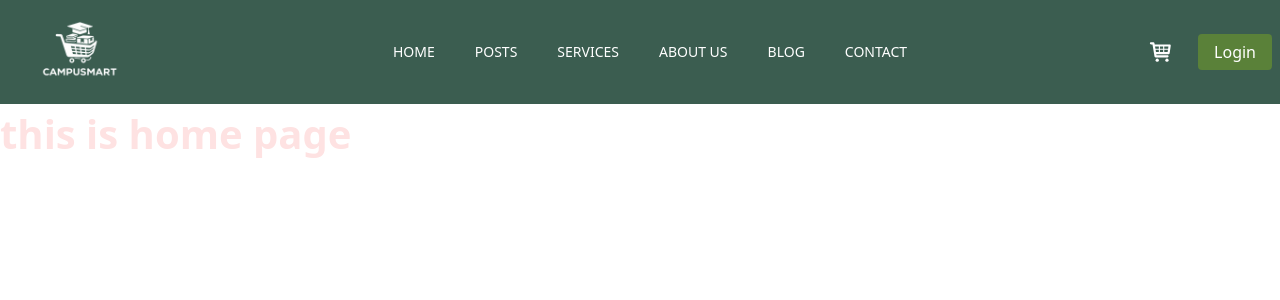
Repository: jahidhasanri/CAMPUSMART
Page: /
These files come from the project's save history. The page is drawn as it stood at one moment and after the next save; the edit follows.
The browser window is 1280 px wide. The pictures show the whole page.
The project was rebuilt for these pictures with package versions that can differ from the ones it lists, and the page was loaded fresh each time. Also part of the build but not shown: vite.config.js.

Above is the page before, as saved 2026-01-12 21:59:07.

### index.html
<!doctype html>
<html lang="en">
  <head>
    <meta charset="UTF-8" />
    <link rel="icon" type="image/svg+xml" href="/vite.svg" />
    <meta name="viewport" content="width=device-width, initial-scale=1.0" />
    <title>campusmart</title>
  </head>
  <body>
    <div id="root"></div>
    <script type="module" src="/src/main.jsx"></script>
  </body>
</html>

### src/main.jsx
import { StrictMode } from 'react'
import { createRoot } from 'react-dom/client'
import './index.css'
import { RouterProvider } from 'react-router-dom'
import Router from './router/Router.jsx'


createRoot(document.getElementById('root')).render(
  <StrictMode>
    <RouterProvider router={Router} />
  </StrictMode>,
)

### src/router/Router.jsx
import { createBrowserRouter } from "react-router-dom";
import Home from "../Pages/Home.jsx";
import Main from "../components/Main.jsx";


const Router = createBrowserRouter([
  {
    path: "/",
    element: <Main></Main>,
    children:[
        {
            index:true,
            element:<Home></Home>
        }
    ]
  },
]);

export default Router;

### src/Pages/Home.jsx
import React from 'react';

const Home = () => {
    return (
        <div>
            <h1 className='text-[40px] font-bold text-red-100'>this is home page</h1>
        </div>
    );
};

export default Home;

### src/components/Main.jsx
import React from 'react';
import { Outlet } from 'react-router-dom';
import Navbar from './Navbar';

const Main = () => {
    return (
        <div className=''>
            <Navbar></Navbar>
            <div className="min-h-[calc(100vh-422px)]">

            <Outlet></Outlet>
            </div>
            {/* <Footer></Footer> */}
        </div>
    );
};

export default Main;

### src/components/Navbar.jsx

import { useState } from "react";
import { Link } from "react-router-dom";
import { TiShoppingCart } from "react-icons/ti";
import { HiMenuAlt3, HiX } from "react-icons/hi";

const Navbar = () => {
  const [menuOpen, setMenuOpen] = useState(false);

  const navLinks = [
    { name: "HOME", path: "/" },
    { name: "POSTS", path: "/products" },
    { name: "SERVICES", path: "/services" },
    { name: "ABOUT US", path: "/about" },
    { name: "BLOG", path: "/blog" },
    { name: "CONTACT", path: "/contact" },
  ];

  return (
    <header className="bg-[#3b5d50] text-white">
      <div className="max-w-[1300px]  mx-auto px-2 py-5">
        <div className="flex items-center justify-between h-16">

          {/* Logo */}
         <Link href={'/'}>
          <img src="/images/campu_logo-removebg-preview.png" className="w-36 h-24" alt="Green Nest Logo" />
         </Link>

          {/* Desktop Menu (lg only) */}
          <ul className="hidden lg:flex gap-10 font-normal text-sm">
            {navLinks.map((link) => {
              return (
                <li key={link.path}>
                  <Link
                    href={link.path}
                    className={`pb-1 transition-all duration-300`}
                  >
                    {link.name}
                  </Link>
                </li>
              );
            })}
          </ul>

          {/* Cart + Login (md and up) */}
          <Link href={'/login'} className="hidden md:flex items-center gap-6">
            <TiShoppingCart
              size={26}
              className="cursor-pointer hover:text-[#5a8139]"
            />
            <button className="bg-[#5a8139] hover:bg-[#5b8139d7] px-4 py-1.5 cursor-pointer rounded">
              Login
            </button>
          </Link>

          {/* Hamburger (md & sm only) */}
          <div className="lg:hidden">
            <button onClick={() => setMenuOpen(!menuOpen)}>
              {menuOpen ? <HiX size={28} /> : <HiMenuAlt3 size={28} />}
            </button>
          </div>
        </div>

        {/* Mobile + Tablet Menu */}
        {menuOpen && (
          <div className="lg:hidden mt-4">
            <ul className="flex flex-col gap-4 font-medium">
              {navLinks.map((link) => {
                return (
                  <li key={link.path}>
                    <Link
                      href={link.path}
                      onClick={() => setMenuOpen(false)}
                      className={`block pb-1`}
                    >
                      {link.name}
                    </Link>
                  </li>
                );
              })}
            </ul>

                <Link href={'/login'} className=" md:hidden items-center gap-6">
            <TiShoppingCart
              size={26}
              className="cursor-pointer mb-5 mt-5 hover:text-[#5a8139]"
            />
            <button className="bg-[#5a8139] mb-5 hover:bg-[#5b8139d7] px-4 py-1.5 cursor-pointer rounded">
              Login
            </button>
          </Link>

          </div>
        )}
      </div>
    </header>
  );
};

export default Navbar;

Loaded but not shown: src/index.css (common file); tailwind.config.js (common file)

After the next save:
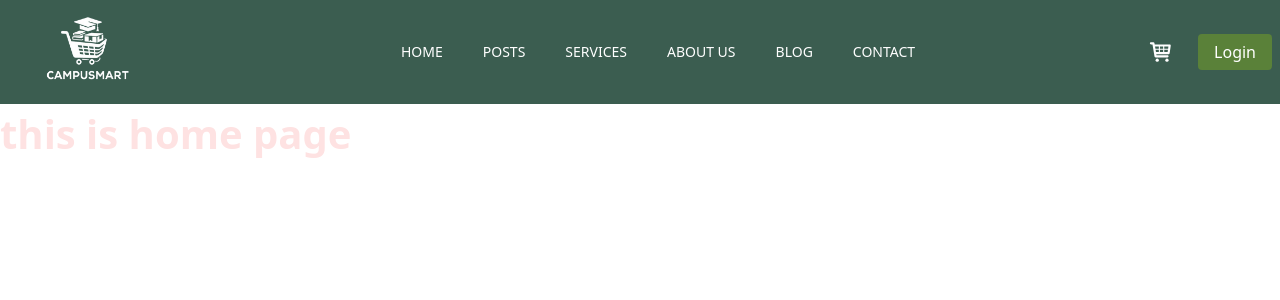
Saved 20 s later.
--- a/src/components/Navbar.jsx
+++ b/src/components/Navbar.jsx
@@ -23,7 +23,7 @@ const Navbar = () => {
 
           {/* Logo */}
          <Link href={'/'}>
-          <img src="/images/campu_logo-removebg-preview.png" className="w-36 h-24" alt="Green Nest Logo" />
+          <img src="/images/campu_logo-removebg-preview.png" className="w-40 h-28" alt="Green Nest Logo" />
          </Link>
 
           {/* Desktop Menu (lg only) */}
